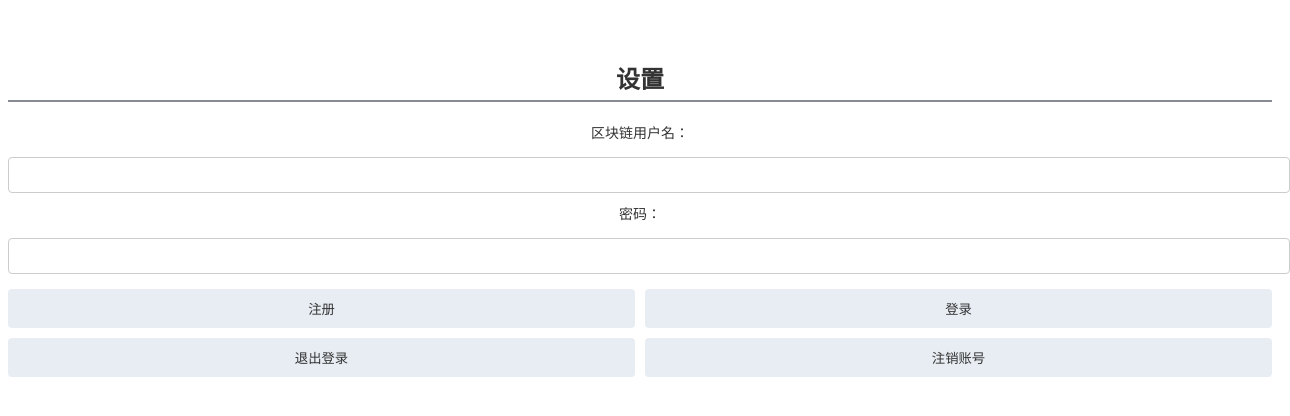
Repository: hyperion0831/The-management-of-IoT-data-sharing-based-on-blockchain
Page: / (app in Dz/frontend/)
These files come from the project's save history. The page is drawn as it stood at one moment and after the next save; the edit follows.
The browser window is 1280 px wide. The page is 1290 px wide, so the pictures cover 1290 px, including what lies to the right of the window. The pictures show the whole page.
The project was rebuilt for these pictures with package versions that can differ from the ones it lists, and the page was loaded fresh each time. Also part of the build but not shown: Dz/frontend/vue.config.js, Dz/frontend/src/components/dashboard/DataUploadAndExport.vue, Dz/frontend/src/components/dashboard/RealTimeMonitoring.vue, Dz/frontend/src/components/dashboard/DataAnalysis.vue, Dz/frontend/src/components/dashboard/AppSettings.vue, Dz/frontend/src/components/DataDashBoard.vue.

Above is the page before, as saved 2024-11-11 22:03:39.

### Dz/frontend/src/main.js
import { createApp } from 'vue';
import App from './App.vue';
import router from './router';
import ElementPlus from 'element-plus';
import 'element-plus/dist/index.css';

const app = createApp(App);

app.use(router)
app.use(ElementPlus)
app.mount('#app');

### Dz/frontend/src/App.vue
<template>
  <div id="app">
    <router-view></router-view>
  </div>
</template>

<script>
export default {
  name: 'App'
};
</script>

<style>
#app {
  font-family: Avenir, Helvetica, Arial, sans-serif;
  -webkit-font-smoothing: antialiased;
  -moz-osx-font-smoothing: grayscale;
  text-align: center;
  color: #2c3e50;
  margin-top: 60px;
}
</style>

### Dz/frontend/src/router/index.js
import { createRouter, createWebHistory } from 'vue-router';
import DataDashBoard from '../components/DataDashBoard.vue'; // 导入仪表盘组件
import Login from '../components/LoginForm.vue';

const routes = [
  { path: '/', redirect: '/login' },
  { path: '/login', name: 'Login', component: Login },
  { path: '/dashboard', name: 'Dashboard', component: DataDashBoard },
];

const router = createRouter({
  history: createWebHistory(),
  routes
});

export default router;

### Dz/frontend/src/components/LoginForm.vue
<template>
    <div class="login">
      <h1>设置</h1>

      <!-- 区块链用户名和密码显示区域 -->
      <div class="blockchain-info">
        <label>区块链用户名：</label>
        <input type="text" v-model="displayPublicKey" readonly />
        <label>密码：</label>
        <input type="text" v-model="displayPrivateKey" readonly />
      </div>

      <!-- 新增：身份和姓名显示区域 -->
      <div v-if="isLoggedIn" class="user-info">
        <span>身份：{{ identity === 'doctor' ? '医生' : '普通用户' }}</span>
        <span>姓名：{{ name }}</span>
      </div>

      <!-- 登录、注册和退出登录按钮 -->
      <div class="button-row">
        <button @click="toggleView('register')">注册</button>
        <button @click="toggleView('login')">登录</button>
        <button @click="logout">退出登录</button>
        <button @click="clearRegistration">注销账号</button>
      </div>

      <!-- 条件渲染组件 -->
      <div v-if="currentView === 'register' && !isLoggedIn" class="register-section">
        <h2>注册</h2>
        <label for="identity">选择身份：</label>
        <select v-model="identity">
          <option value="doctor">医生</option>
          <option value="user">普通用户</option>
        </select>

        <div v-if="identity === 'doctor'">
          <label for="name">姓名：</label>
          <input type="text" v-model="name" placeholder="请输入姓名" />
          <label for="id">工号：</label>
          <input type="text" v-model="doctorId" placeholder="请输入工号" />
        </div>
        <div v-else>
          <label for="name">姓名：</label>
          <input type="text" v-model="name" placeholder="请输入姓名" />
        </div>

        <button @click="generateAndSaveKeyPair">生成密钥对</button>
        <p v-if="keyGenerated">密钥对已生成并保存到文件中。</p>
      </div>

      <div v-else-if="currentView === 'login' && !isLoggedIn" class="login-section">
        <input type="file" @change="handleFileUpload" />
      </div>
    </div>
  </template>

  <script>

  export default {
    data() {
      return {
        currentView: null, // 初始无显示
        blockchainUsername: '',  // 区块链用户名
        blockchainPassword: '',  // 区块链密码
        uploadedFile: null,      // 已上传的文件
        displayPrivateKey: '',
        displayPublicKey: '',
        keyGenerated: false,
        isLoggedIn: false,
        privateKey: null,
        publicKey: null,
        identity: 'user',
        name: '',
        doctorId: '',
        errorMessage: '',// 错误消息
        showErrorModal: false,
      };
    },
    mounted() {
      // 页面加载时检查是否已登录
      const isLoggedIn = sessionStorage.getItem("isLoggedIn");
      const userName = sessionStorage.getItem("userName");
      if (isLoggedIn === "true" && userName) {
        this.isLoggedIn = true;
        this.name = userName.split('-')[1]; // 提取用户名
        const storedData = JSON.parse(localStorage.getItem(userName)); // 从 localStorage 获取密钥对数据
        if (storedData) {
          this.displayPublicKey = storedData.publicKey;
          this.displayPrivateKey = storedData.privateKey;
        }
      }
    },
    methods: {
      // 新增视图切换方法
      toggleView(view) {
        this.currentView = view;
      },

      // 检查是否已注册
      isRegistered() {
        const registered = localStorage.getItem(`${this.identity}-${this.name}-${this.doctorId|| ''}`);
        return !!registered;
      },

      // 注册
      async generateAndSaveKeyPair() {

        const registrationKey = `${this.identity}-${this.name}-${this.doctorId || ''}`;
        if (this.isRegistered()) {
          alert("已注册，请直接登录。");
          return;
        }
        let isValid = true; // 添加一个标志来追踪身份验证状态

        if (this.identity === 'doctor') {
          if (this.name !== 'Dz' || this.doctorId !== '2448') {
            alert('医生身份信息错误，请检查姓名和工号。');
            isValid = false; // 设置标志为false
          }
        } else if (this.identity === 'user') {
          const validUserNames = ['TYC', 'DDS'];
          if (!validUserNames.includes(this.name)) {
            alert('普通用户姓名错误，请检查姓名。');
            isValid = false; // 设置标志为false
          }
        }
          // 如果身份验证未通过，直接返回
          if (!isValid) {
            return;
          }

        try {
            // 创建种子字符串，确保不同身份和用户生成不同的密钥
            const uniqueSeed = `${this.identity}-${this.name}-${this.doctorId || ''}`;
            console.log(`生成密钥的种子信息：${uniqueSeed}`);

            // 生成密钥对
            const keyPair = await window.crypto.subtle.generateKey(
              {
                name: "RSA-OAEP",
                modulusLength: 2048,
                publicExponent: new Uint8Array([1, 0, 1]),
                hash: { name: "SHA-256" },
              },
              true,
              ["encrypt", "decrypt"]
            );
            const publicKey = await window.crypto.subtle.exportKey("spki", keyPair.publicKey);
            const privateKey = await window.crypto.subtle.exportKey("pkcs8", keyPair.privateKey);

            const publicKeyBase64 = btoa(String.fromCharCode(...new Uint8Array(publicKey)));
            const privateKeyBase64 = btoa(String.fromCharCode(...new Uint8Array(privateKey)));

            const combinedKeys = `-----BEGIN PUBLIC KEY-----\n${publicKeyBase64}\n-----END PUBLIC KEY-----\n-----BEGIN PRIVATE KEY-----\n${privateKeyBase64}\n-----END PRIVATE KEY-----`;

            // 将密钥对保存到文件
            const blob = new Blob([combinedKeys], { type: "application/octet-stream" });
            const downloadLink = document.createElement("a");
            downloadLink.href = URL.createObjectURL(blob);
            downloadLink.download = `${this.name}_password.txt`;
            downloadLink.click();

            // 将身份标记为已注册
            localStorage.setItem(registrationKey, JSON.stringify({ publicKey: publicKeyBase64, privateKey: privateKeyBase64 }));
            this.keyGenerated = true;
            this.currentView = 'success'; // 注册成功后切换到 success 视图

            this.$emit('registerSuccess', { identity: this.identity, name: this.name });

            console.log("密钥对文件已成功保存。");
            this.keyGenerated = true;
          } catch (error) {
              console.error("生成密钥对失败：", error);
              this.errorMessage = "生成密钥失败，请重试";
          }
      },

      //秘钥显示
      handleFileUpload(event) {
        const file = event.target.files[0];
        if (file) {
          const reader = new FileReader();
          reader.onload = () => {
            const fileContent = reader.result;
            // 提取公钥和私钥内容并显示
            const publicKeyMatch = fileContent.match(/-----BEGIN PUBLIC KEY-----\n([\s\S]+?)\n-----END PUBLIC KEY-----/);
            const privateKeyMatch = fileContent.match(/-----BEGIN PRIVATE KEY-----\n([\s\S]+?)\n-----END PRIVATE KEY-----/);
            if (publicKeyMatch && privateKeyMatch) {
              this.displayPublicKey = publicKeyMatch[1];
              this.displayPrivateKey = privateKeyMatch[1];
              this.verifyKeyPair(publicKeyMatch[1], privateKeyMatch[1]);  // 处理文件内容
            } else {
              alert("文件格式不正确，请上传包含公钥和私钥的文件。");
            }
          };
          reader.readAsText(file);
        }
      },

      //登录验证
      async verifyKeyPair(publicKeyBase64, privateKeyBase64) {
        let matchingKey = null;
        try {
          // 遍历 localStorage 查找匹配的公私钥
          for (let i = 0; i < localStorage.length; i++) {
            const key = localStorage.key(i);//user-TYC-
            const storedData = JSON.parse(localStorage.getItem(key));
            if (storedData.publicKey === publicKeyBase64 &&
              storedData.privateKey === privateKeyBase64)
            {
              matchingKey = key;
              console.log(`键值：${matchingKey}`);
              break;
            }
          }
          if (matchingKey) {
            console.log(`找到匹配的 registrationKey：${matchingKey}`);
            // 执行登录逻辑，例如设置登录状态、保存 session 等
            this.isLoggedIn = true;

            sessionStorage.setItem("isLoggedIn", "true");
            sessionStorage.setItem("userName", matchingKey);
            alert(`登录成功！\n欢迎你， ${matchingKey.split('-')[1]}${matchingKey.startsWith('doctor') ? '医生' : '用户'}`);
          } else {
            alert("未找到匹配的注册信息，请检查密钥文件。");
          }
        } catch (error) {
          console.error("验证密钥对时出错：", error);
          alert("密钥验证失败，请重新上传正确的密钥文件。");
        }
      },


      // 清除已注册的身份信息
      clearRegistration() {
          // 检查用户是否已登录
        if (!this.isLoggedIn) {
          alert("请先登录再尝试注销账号。");
          return;
        }
        const matchingKey = sessionStorage.getItem("userName");
        console.log("尝试清除的注册信息键：", matchingKey);
        if (localStorage.getItem(matchingKey)) {
            // 删除该键
            localStorage.removeItem(matchingKey);
            sessionStorage.removeItem("isLoggedIn"); // 移除登录状态
            sessionStorage.removeItem("userName"); // 移除用户名

            this.isLoggedIn = false;
            this.keyGenerated = false;
            this.identity = '';
            this.name = '';
            this.doctorId = '';

            alert("已成功清除注册信息。");

        } else {
            alert("未找到对应的注册信息。");
        }
      },

      //退出登录
      logout() {
        if (!this.isLoggedIn) {
          alert("请先登录账号。");
          return;
        }
        // 退出登录时清除 sessionStorage 中的登录状态
        sessionStorage.removeItem("isLoggedIn");
        sessionStorage.removeItem("userName");
        // 清除数据
        this.isLoggedIn = false;
        this.name = '';
        this.displayPublicKey = '';
        this.displayPrivateKey = '';
        this.uploadedFile = null;
        this.name = '';
        alert("已退出登录");
        this.$router.push({ name: 'DataDashBoard' });
      },
    },
  };
  </script>

  <style scoped>

  h1 {
    font-size: 24px;
    color: #333;
    margin-bottom: 20px;
    align-self: flex-start; /* 将标题移到左边 */
    border-bottom: 2px solid #888c92; /* 添加下划线 */
    padding-bottom: 5px;
  }

  .blockchain-info {
    display: flex;
    flex-direction: column;
    gap: 10px;
    width: 100%;
  }

  .blockchain-info label {
    font-size: 14px;
    color: #333;
  }

  .blockchain-info input {
    width: 100%;
    padding: 8px;
    border: 1px solid #ccc;
    border-radius: 4px;
    font-size: 16px;
    margin-top: 5px;
    text-align: center;
  }

  .user-info {
    display: flex;
    justify-content: space-around;
    font-size: 14px;
    color: #555;
    margin-top: 10px;
    width: 100%;
  }

  .button-row {
    display: flex;
    flex-direction: row;
    flex-wrap: wrap;
    gap: 10px;
    margin-top: 15px;
    width: 100%;
  }

  .button-row button {
    flex: 1 1 calc(50% - 10px);
    padding: 10px;
    background-color: #e8edf3;
    color: #333;
    border: none;
    border-radius: 4px;
    cursor: pointer;
    transition: background-color 0.3s ease;
  }

  .button-row button:hover {
    background-color: #acababcc;
  }

  .register-section, .login-section {
    margin-top: 20px;
  }

  select, input[type="text"], input[type="file"] {
    width: 100%;
    padding: 8px;
    border: 1px solid #ccc;
    border-radius: 4px;
    margin-top: 5px;
  }

  p {
    font-size: 14px;
    color: #333;
    margin-top: 10px;
  }
  </style>

Loaded but not shown: Dz/frontend/public/index.html (common file)

After the next save:
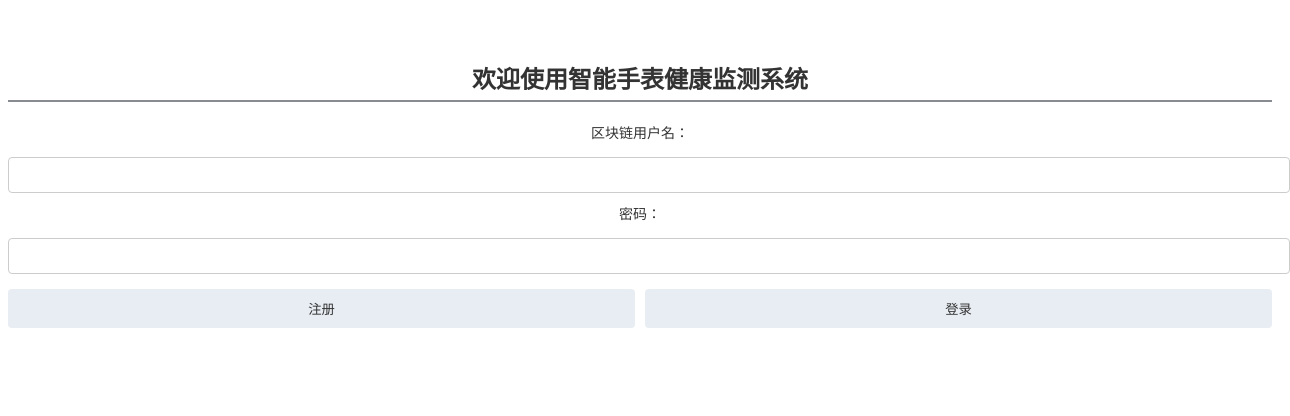
Saved 12 s later.
--- a/Dz/frontend/src/components/LoginForm.vue
+++ b/Dz/frontend/src/components/LoginForm.vue
@@ -1,6 +1,6 @@
 <template>
-    <div class="login">
-      <h1>设置</h1>
+    <div class="loginform">
+      <h1>欢迎使用智能手表健康监测系统</h1>
 
       <!-- 区块链用户名和密码显示区域 -->
       <div class="blockchain-info">
@@ -10,18 +10,10 @@
         <input type="text" v-model="displayPrivateKey" readonly />
       </div>
 
-      <!-- 新增：身份和姓名显示区域 -->
-      <div v-if="isLoggedIn" class="user-info">
-        <span>身份：{{ identity === 'doctor' ? '医生' : '普通用户' }}</span>
-        <span>姓名：{{ name }}</span>
-      </div>
-
-      <!-- 登录、注册和退出登录按钮 -->
+      <!-- 登录、注册按钮 -->
       <div class="button-row">
         <button @click="toggleView('register')">注册</button>
         <button @click="toggleView('login')">登录</button>
-        <button @click="logout">退出登录</button>
-        <button @click="clearRegistration">注销账号</button>
       </div>
 
       <!-- 条件渲染组件 -->
@@ -164,14 +156,9 @@
             localStorage.setItem(registrationKey, JSON.stringify({ publicKey: publicKeyBase64, privateKey: privateKeyBase64 }));
             this.keyGenerated = true;
             this.currentView = 'success'; // 注册成功后切换到 success 视图
-
             this.$emit('registerSuccess', { identity: this.identity, name: this.name });
-
-            console.log("密钥对文件已成功保存。");
-            this.keyGenerated = true;
           } catch (error) {
               console.error("生成密钥对失败：", error);
-              this.errorMessage = "生成密钥失败，请重试";
           }
       },
 
